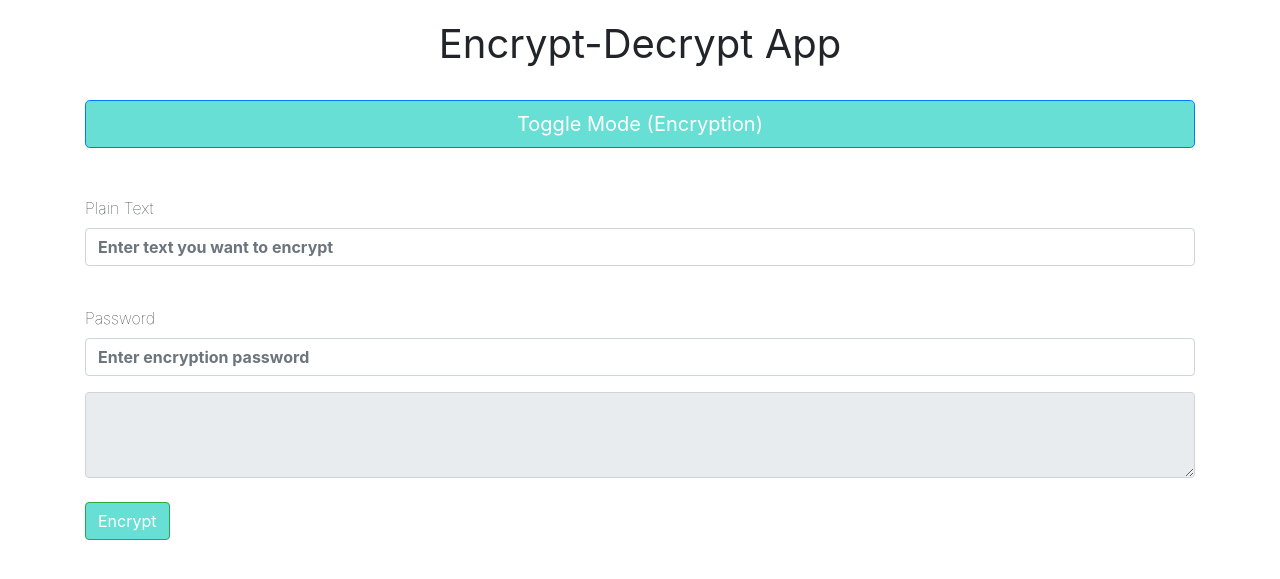
Repository: beardbytes/EncDecrypt
Page: / (app in EncryptDecrypt/)
These files come from the project's save history. The page is drawn as it stood at one moment and after the next save; the edit follows.
The browser window is 1280 px wide. The pictures show the whole page.
The project was rebuilt for these pictures with package versions that can differ from the ones it lists, and the page was loaded fresh each time. Also part of the build but not shown: EncryptDecrypt/angular.json.

Above is the page before, as saved 2020-08-15 16:07:33.

### EncryptDecrypt/src/index.html
<html>

<head>
  <meta charset="utf-8">
  <title>Demo Encrypt Decrypt App</title>
  <base href="/DemoApp">
  <meta name="viewport" content="width=device-width, initial-scale=1">
  <link rel="icon" type="image/x-icon" href="favicon.ico">
  <link rel="stylesheet" href="https://stackpath.bootstrapcdn.com/bootstrap/4.1.3/css/bootstrap.min.css" integrity="sha384-MCw98/SFnGE8fJT3GXwEOngsV7Zt27NXFoaoApmYm81iuXoPkFOJwJ8ERdknLPMO" crossorigin="anonymous">
</head>

  <body>
  <my-app>loading</my-app>
  <app-root></app-root>
  <script src="https://code.jquery.com/jquery-3.3.1.slim.min.js" integrity="sha384-q8i/X+965DzO0rT7abK41JStQIAqVgRVzpbzo5smXKp4YfRvH+8abtTE1Pi6jizo" crossorigin="anonymous"></script>
  <script src="https://cdnjs.cloudflare.com/ajax/libs/popper.js/1.14.3/umd/popper.min.js" integrity="sha384-ZMP7rVo3mIykV+2+9J3UJ46jBk0WLaUAdn689aCwoqbBJiSnjAK/l8WvCWPIPm49" crossorigin="anonymous"></script>
  <script src="https://stackpath.bootstrapcdn.com/bootstrap/4.1.3/js/bootstrap.min.js" integrity="sha384-ChfqqxuZUCnJSK3+MXmPNIyE6ZbWh2IMqE241rYiqJxyMiZ6OW/JmZQ5stwEULTy" crossorigin="anonymous"></script>
  </body>
</html>

### EncryptDecrypt/src/styles.css
/* Add application styles & imports to this file! */
body{
    padding: 20px;
  }
  /* You can add global styles to this file, and also import other style files */
.form-group>input{
  font-weight: bolder;
}
.form-group>label{
  font-weight: lighter;
}

button[type="button"]{
  background-color: #67dfd4;
  color: #fff;

}
.jumbotron{
  background-color: #fff;
  padding-top: 32px;
}

table tr:hover{
  cursor: pointer;
}

input.ng-touched.ng-invalid{
  border-color: #dc3545;
}
div.validation-error{
  width: 100%;
  margin-top: .25rem;
  font-size: 80%;
  color: #dc3545;
}
@import '~bootstrap/dist/css/bootstrap.min.css';

### EncryptDecrypt/src/polyfills.ts
/**
 * This file includes polyfills needed by Angular and is loaded before the app.
 * You can add your own extra polyfills to this file.
 *
 * This file is divided into 2 sections:
 *   1. Browser polyfills. These are applied before loading ZoneJS and are sorted by browsers.
 *   2. Application imports. Files imported after ZoneJS that should be loaded before your main
 *      file.
 *
 * The current setup is for so-called "evergreen" browsers; the last versions of browsers that
 * automatically update themselves. This includes Safari >= 10, Chrome >= 55 (including Opera),
 * Edge >= 13 on the desktop, and iOS 10 and Chrome on mobile.
 *
 * Learn more in https://angular.io/docs/ts/latest/guide/browser-support.html
 */

/***************************************************************************************************
 * BROWSER POLYFILLS
 */

/** IE9, IE10 and IE11 requires all of the following polyfills. **/
// import 'core-js/es6/symbol';
// import 'core-js/es6/object';
// import 'core-js/es6/function';
// import 'core-js/es6/parse-int';
// import 'core-js/es6/parse-float';
// import 'core-js/es6/number';
// import 'core-js/es6/math';
// import 'core-js/es6/string';
// import 'core-js/es6/date';
// import 'core-js/es6/array';
// import 'core-js/es6/regexp';
// import 'core-js/es6/map';
// import 'core-js/es6/set';

/** IE10 and IE11 requires the following for NgClass support on SVG elements */
// import 'classlist.js';  // Run `npm install --save classlist.js`.

/** IE10 and IE11 requires the following to support `@angular/animation`. */
// import 'web-animations-js';  // Run `npm install --save web-animations-js`.


/** Evergreen browsers require these. **/

/** ALL Firefox browsers require the following to support `@angular/animation`. **/
// import 'web-animations-js';  // Run `npm install --save web-animations-js`.



/***************************************************************************************************
 * Zone JS is required by Angular itself.
 */
import 'zone.js/dist/zone';  // Included with Angular CLI.


/***************************************************************************************************
 * APPLICATION IMPORTS
 */

/**
 * Date, currency, decimal and percent pipes.
 * Needed for: All but Chrome, Firefox, Edge, IE11 and Safari 10
 */
// import 'intl';  // Run `npm install --save intl`.

### EncryptDecrypt/src/app/app.component.ts
import { Component } from '@angular/core';
import * as CryptoJS from 'crypto-js';

@Component({
  selector: 'my-app',
  templateUrl: './app.component.html',
  styleUrls: ['./app.component.css']
})
export class AppComponent {
  title = 'Demo App';
  encryptMode: boolean;
  textToConvert: string;
  password: string;
  conversionOutput: string;

  constructor() {
    this.encryptMode = true;
  }

  changeMode() {
    this.encryptMode = this.encryptMode ? false : true;
    this.textToConvert = "";
  }

  convertText() {
    if (this.textToConvert.trim() === "" || this.password.trim() === "") {
      this.conversionOutput = "Please fill the textboxes."
      return;
    }
    else {
      if (this.encryptMode) {
        this.conversionOutput = CryptoJS.AES.encrypt(this.textToConvert.trim(), this.password.trim()).toString();
      }
      else {
        this.conversionOutput = CryptoJS.AES.decrypt(this.textToConvert.trim(), this.password.trim()).toString(CryptoJS.enc.Utf8);
      }
    }
  }
}

### EncryptDecrypt/src/app/app.component.html
<h1 class="text-center">Encrypt-Decrypt App</h1>

<br>
<div class="container">
<button
        type="button"
        class="btn btn-primary btn-lg btn-block"
        (click)="changeMode()">

        Toggle Mode ({{ encryptMode ? "Encryption" : "Decryption" }})

</button>

<br>
<br>

<div class="form-group">
  <label for="txtTextToConvert">{{ encryptMode ? "Plain" : "Encrypted" }} Text</label>
  <input
          type="text"
          class="form-control"
          id="txtTextToConvert"
          placeholder="Enter text you want to {{ encryptMode ? 'encrypt' : 'decrypt' }}"
          [(ngModel)]="textToConvert"
  >
</div>
<br>

<div class="form-group">
  <label for="txtPassword">Password</label>
  <input
          type="password"
          class="form-control"
          id="txtPassword"
          placeholder="Enter {{ encryptMode ? 'encryption' : 'decryption' }} password"
          [(ngModel)]="password"
  >
</div>

<textarea class="form-control" readonly rows="3">{{conversionOutput}}</textarea>

<br>

<button type="button" class="btn btn-success" (click)="convertText()">{{ encryptMode ? "Encrypt" : "Decrypt" }}</button>
</div>

### EncryptDecrypt/src/app/app.component.css
p {
    font-family: Lato;
    font-weight: normal;
  }
h1 {
    font-weight: normal; }

Loaded but not shown: EncryptDecrypt/src/main.ts (common file); EncryptDecrypt/src/app/app.module.ts (common file)

After the next save:
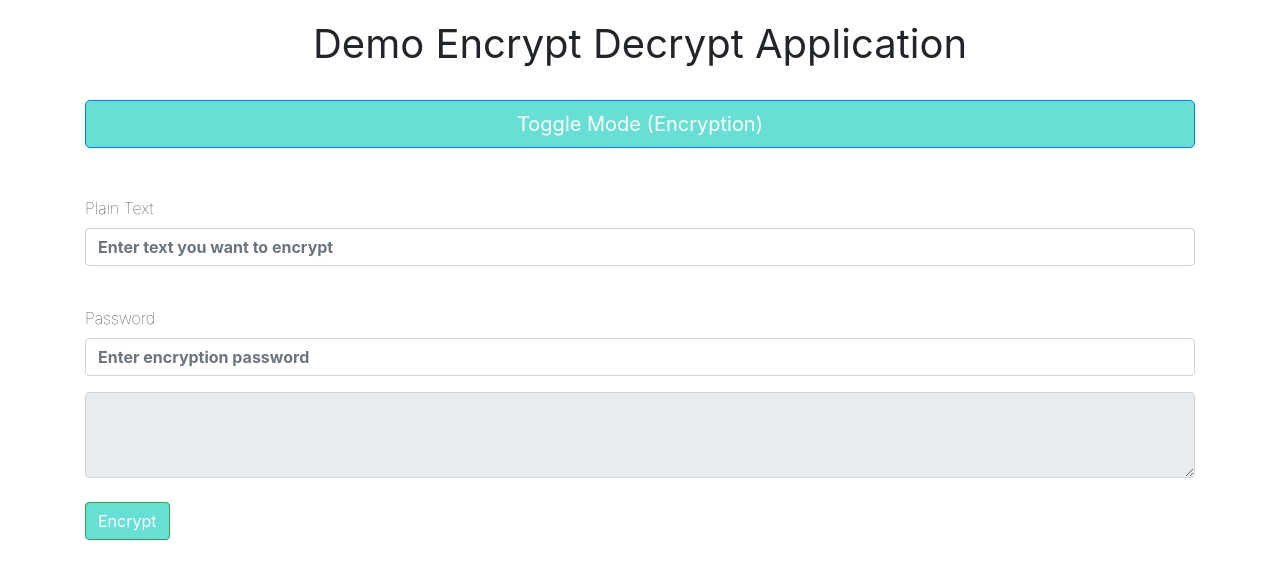
Saved 3 min 9 s later.
--- a/EncryptDecrypt/src/app/app.component.html
+++ b/EncryptDecrypt/src/app/app.component.html
@@ -1,4 +1,4 @@
-<h1 class="text-center">Encrypt-Decrypt App</h1>
+<h1 class="text-center">Demo Encrypt Decrypt Application</h1>
 
 <br>
 <div class="container">
